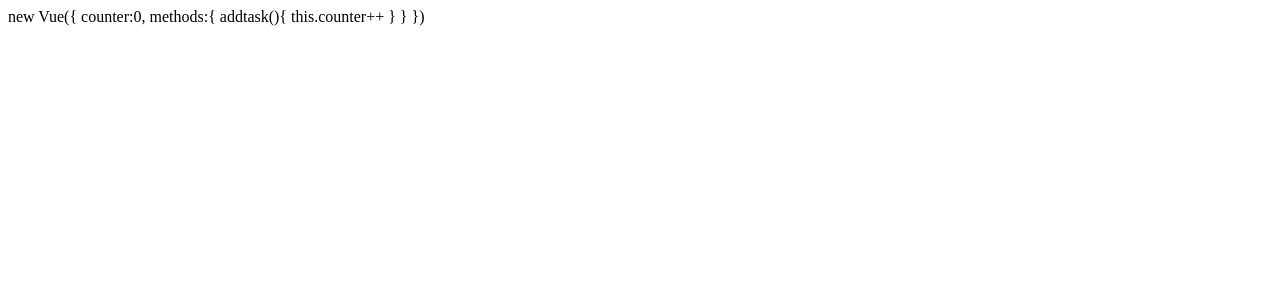
Repository: pawvan/amazonui
Page: index.html
An editor plug-in stored every save of this project. The page is shown before and after a run of saves, followed by the edit.
The browser window is 1280 px wide. The pictures show the whole page.

Above is the page before, as saved 2025-01-01 13:23:47.

After the next 2 saves:
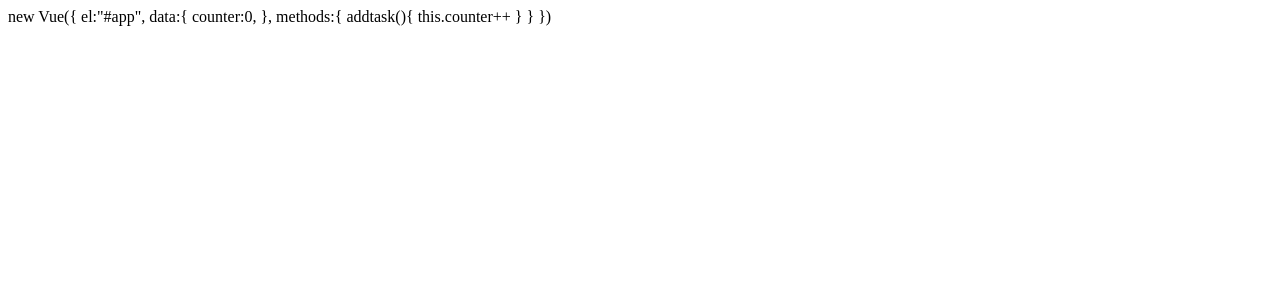
The 2 saves are shown as one change because they came seconds apart.
The last was saved 28 s later.
--- a/index.html
+++ b/index.html
@@ -7,8 +7,10 @@
 </head>
 <body>
     new Vue({
+        el:"#app",
+        data:{
         counter:0,
-
+        },
         methods:{
             addtask(){
                 this.counter++
